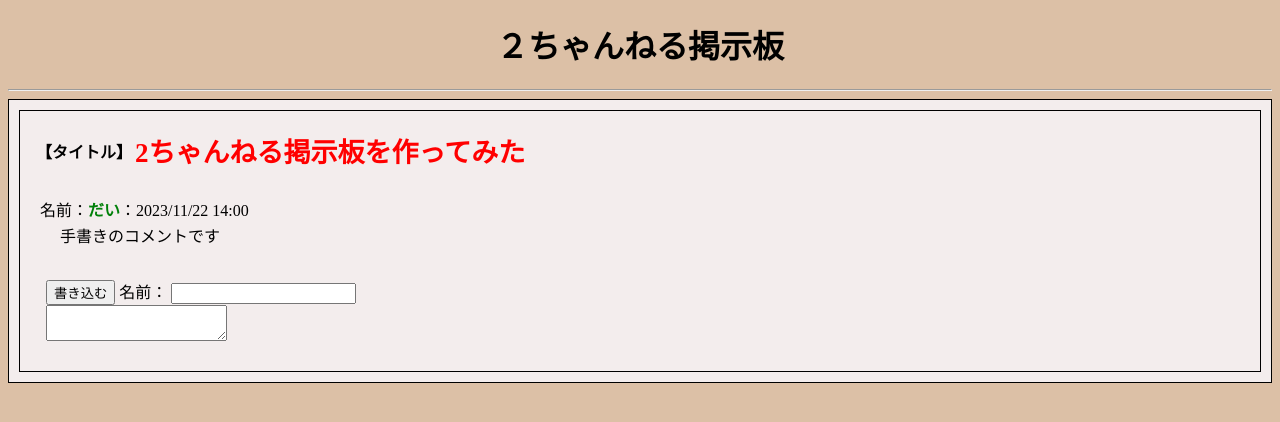
Repository: daidai0602/mba_portal
Page: http://localhost/
The author's editor kept a copy of each file at every save. The page is drawn from the files as they stood at one save, then again after the next save.
The browser window is 1280 px wide. The pictures show the whole page.
The page is run by PHP 8.4 with error messages shown; the project is at /var/www/html/.

Above is the page before, as saved 2023-11-22 15:02:19.

### index.php
<!DOCTYPE html>
<html lang="ja">

<head>
  <meta charset="UTF-8">
  <meta name="viewport" content="width=device-width, initial-scale=1.0">
  <title>2ちゃんねる掲示板</title>
  <link rel="stylesheet" href="./assets/css/style.css">
</head>

<body>
  <header>
    <h1 class = "title">２ちゃんねる掲示板</h1>
    <hr>
  </header>

  <!--スレッドエリア-->
  <div class="threadWrapper">
    <div class="childWrapper">
      <div class= "threadTitle">
        <span>【タイトル】</span>
        <h1>2ちゃんねる掲示板を作ってみた</h1>
      </div>
      <section>
        <article>
          <div class="wrapper">
            <div class="nameArea">
              <span>名前：</span>
              <p class="username">だい</p>
              <time?>：2023/11/22 14:00</time>
            </div>
            <p class="comment">手書きのコメントです</p>
          </div>
        </article>
      </section>
      <form class="formWrapper">
        <div>
          <input type="submit" value="書き込む">
          <label>名前：</label>
          <input type="text">
        </div>
        <div>
          <textarea class="commentTextArea"></textarea>
        </div>
      </form>
    </div>
  </div>


</body>
</html>

### assets/css/style.css
body {
  background-color: #dcc0a6;
}
.title {
  text-align: center;
  font-style: 34px;
}
.threadWrapper {
  background-color: #f3eded;
  padding: 10px;
  max-width: 1300px;
  margin: 0px auto;
  border: 1px solid black;
  margin-bottom: 20px;
}
.childWrapper {
  border: 1px solid black;
  padding: 10px;
}
.threadTitle {
  display: flex;
  align-items: center;
  font-weight: 600;
  margin-left: 6px;
  height: 60px;
}
.threadTitle h1{
  color: red;
  margin-left: 3px;
  font-size: 27px;
}
section {
  padding: 0 10px;
}
section .nameArea {
  display: flex;
  align-items: center;
  margin-bottom: -14px;
}

section .username {
  color: rgb(0, 128, 9);
  font-weight: 700;
}

section .comment {
  margin-top: 0;
  margin-left:20px;
}

.formWrapper {
  padding: 16px;
  margin-left: 20;
}

After the next save:
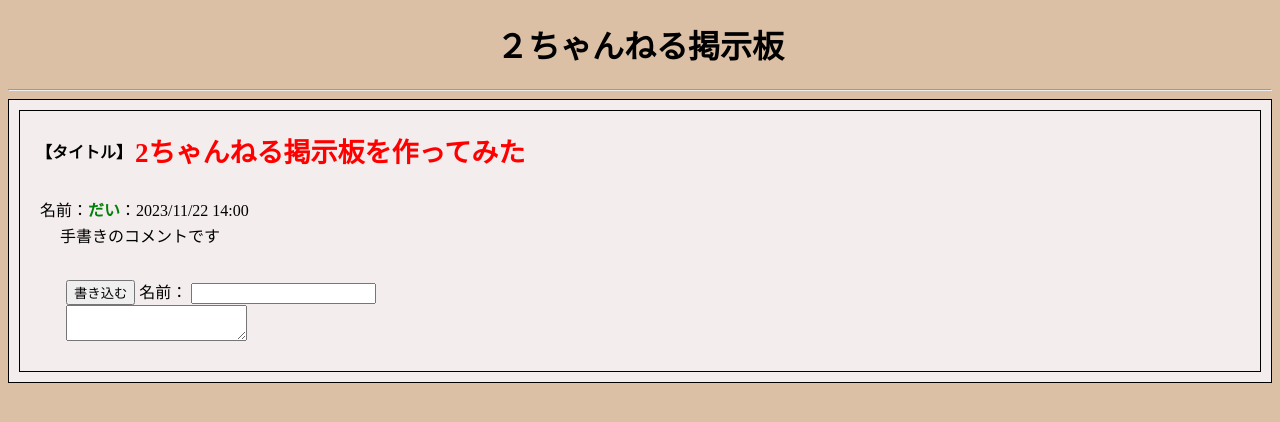
Saved 4 s later.
--- a/assets/css/style.css
+++ b/assets/css/style.css
@@ -50,5 +50,5 @@
 
 .formWrapper {
   padding: 16px;
-  margin-left: 20;
+  margin-left: 20px;
 }
